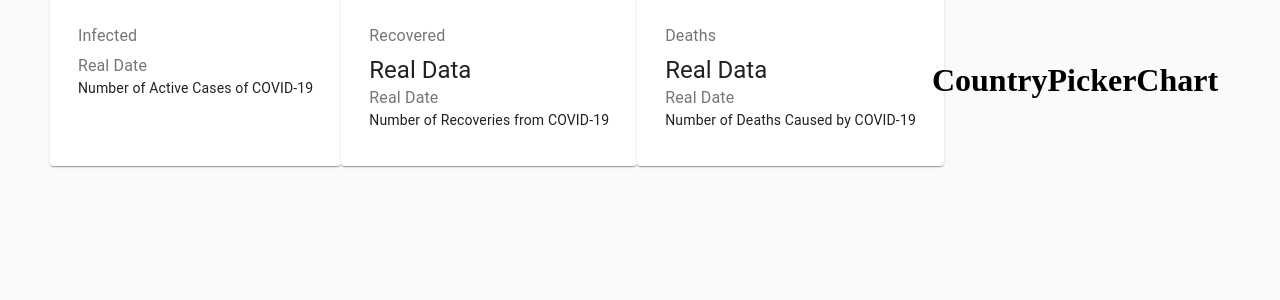
Repository: Khilanmakwana/COVID-19-Tracker-Application-ReactJS
Page: /
These files come from the project's save history. The page is drawn as it stood at one moment and after the next save; the edit follows.
The browser window is 1280 px wide. The pictures show the whole page.
The page's requests for data from a server got no answer. The project was rebuilt for these pictures with package versions that can differ from the ones it lists, and the page was loaded fresh each time. No one was signed in, and anything a server would have sent is missing. Also part of the build but not shown: src/components/Cards/Cards.module.css.

Above is the page before, as saved 2020-04-30 14:40:40.

### src/App.js
import React, { Component } from "react";
import { Cards, Chart, CountryPicker } from "./components";
import styles from "./App.module.css";
import { fetchData } from "./api/index";

class App extends React.Component {
  state = {
    data: {},
  };

  async componentDidMount() {
    const fetchedData = await fetchData();

    this.setState({ data: fetchedData });
  }

  render() {
      const {data} = this.state;
    return (
      <div className={styles.container}>
        <Cards data = {data}/>
        <CountryPicker />
        <Chart />
      </div>
    );
  }
}

export default App;

### src/components/index.js
export { default as  Cards} from './Cards/Cards';
export { default as  Chart} from './Chart/Chart';
export { default as  CountryPicker} from './CountryPicker/CountryPicker';

### src/api/index.js
import axios from "axios";

const url = "https://covid19.mathdro.id/api";

export const fetchData = async () => {
  try {
    const {
      data: { confirmed, recovered, deaths, lastUpdate },
    } = await axios.get(url);

    return { confirmed, recovered, deaths, lastUpdate };
  } catch (error) {}
};

### src/components/Cards/Cards.jsx
import React from "react";
import { Card, CardContent, Typography, Grid } from "@material-ui/core";
import styles from "./Cards.module.css";

const Cards = (confirmed, recorved, deaths, lastUpdate) => {
if(!confirmed) {
    return 'Loading...'
}
  return (
    <div className={styles.container}>
      <Grid container spacing={3} justify="center">
        <Grid item component={Card}>
          <CardContent>
            <Typography color="textSecondary" gutterBottom>
              Infected
            </Typography>
            <Typography variant="h5">{confirmed.value}</Typography>
            <Typography color="textSecondary">Real Date</Typography>
            <Typography variant="body2">
              Number of Active Cases of COVID-19
            </Typography>
          </CardContent>
        </Grid>
        <Grid item component={Card}>
          <CardContent>
            <Typography color="textSecondary" gutterBottom>
              Recovered
            </Typography>
            <Typography variant="h5">Real Data</Typography>
            <Typography color="textSecondary">Real Date</Typography>
            <Typography variant="body2">
              Number of Recoveries from COVID-19
            </Typography>
          </CardContent>
        </Grid>
        <Grid item component={Card}>
          <CardContent>
            <Typography color="textSecondary" gutterBottom>
              Deaths
            </Typography>
            <Typography variant="h5">Real Data</Typography>
            <Typography color="textSecondary">Real Date</Typography>
            <Typography variant="body2">
              Number of Deaths  Caused by COVID-19
            </Typography>
          </CardContent>
        </Grid>
      </Grid>
    </div>
  );
};

export default Cards;

### src/components/Chart/Chart.jsx
import React from 'react';

const Chart =() => {
    return(
        <h1>Chart</h1>
    )
}

export default Chart;

### src/components/CountryPicker/CountryPicker.jsx
import React from 'react';

const CountryPicker =() => {
    return(
        <h1>CountryPicker</h1>
    )
}

export default CountryPicker;

Loaded but not shown: public/index.html (common file); src/index.js (common file); src/App.module.css (common file)

After the next save:
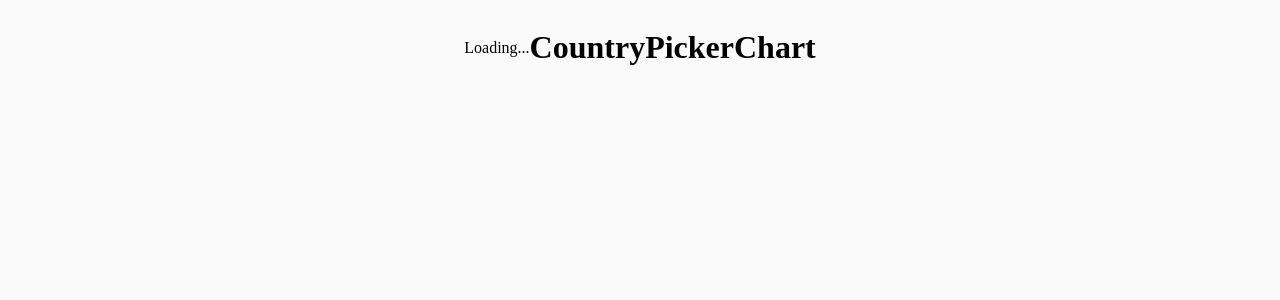
Saved 4 min 48 s later.
--- a/src/components/Cards/Cards.jsx
+++ b/src/components/Cards/Cards.jsx
@@ -2,7 +2,7 @@ import React from "react";
 import { Card, CardContent, Typography, Grid } from "@material-ui/core";
 import styles from "./Cards.module.css";
 
-const Cards = (confirmed, recorved, deaths, lastUpdate) => {
+const Cards = ({confirmed, recorved, deaths, lastUpdate}) => {
 if(!confirmed) {
     return 'Loading...'
 }
